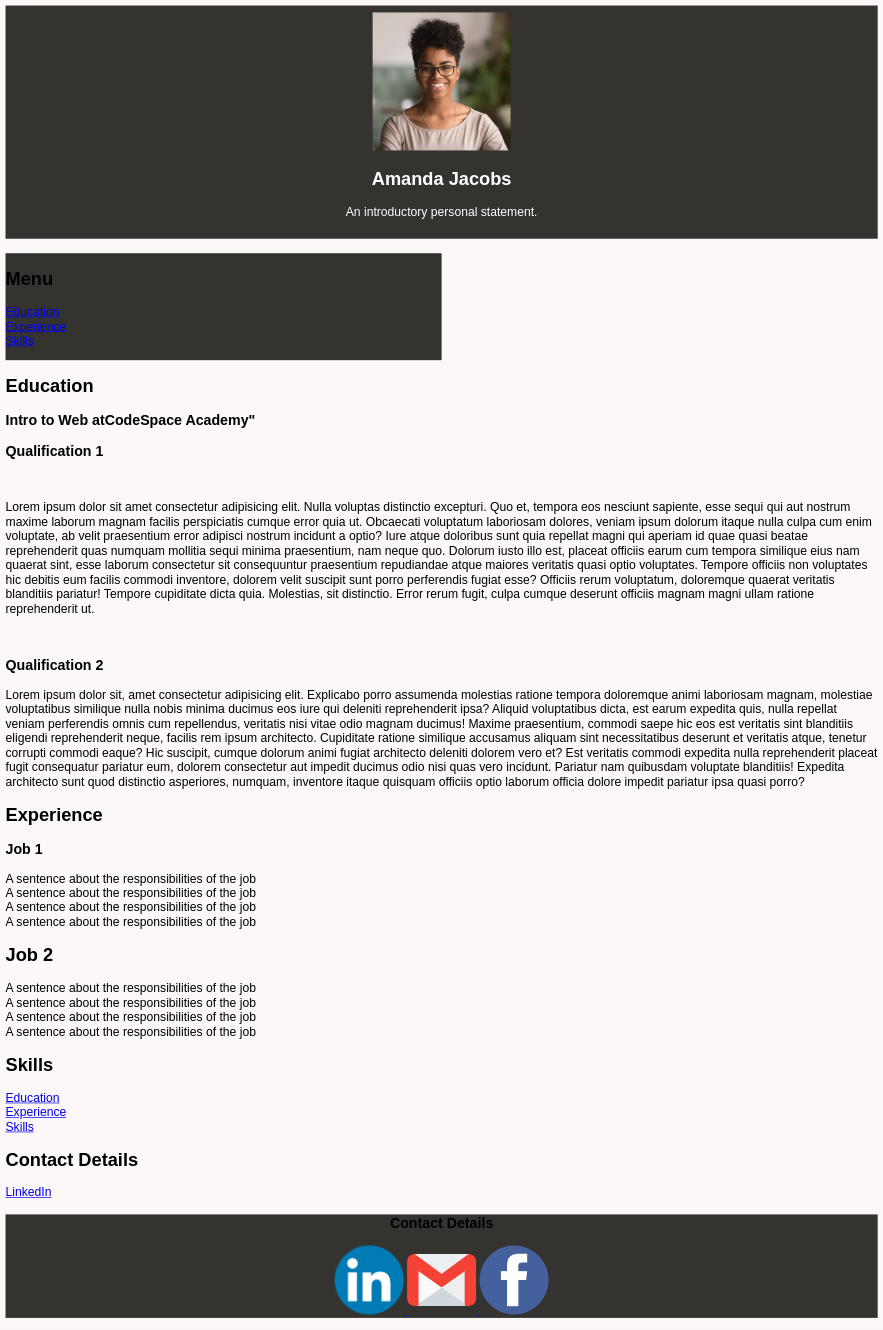
Repository: LeonardMhere/Resume-3
Page: resume `3/index.html
An editor plug-in stored every save of this project. The page is shown before and after the next save, followed by the edit.
The browser window is 1280 px wide. The pictures show the whole page, at 69% of full size.

Above is the page before, as saved 2023-03-23 09:38:01.

After the next save:
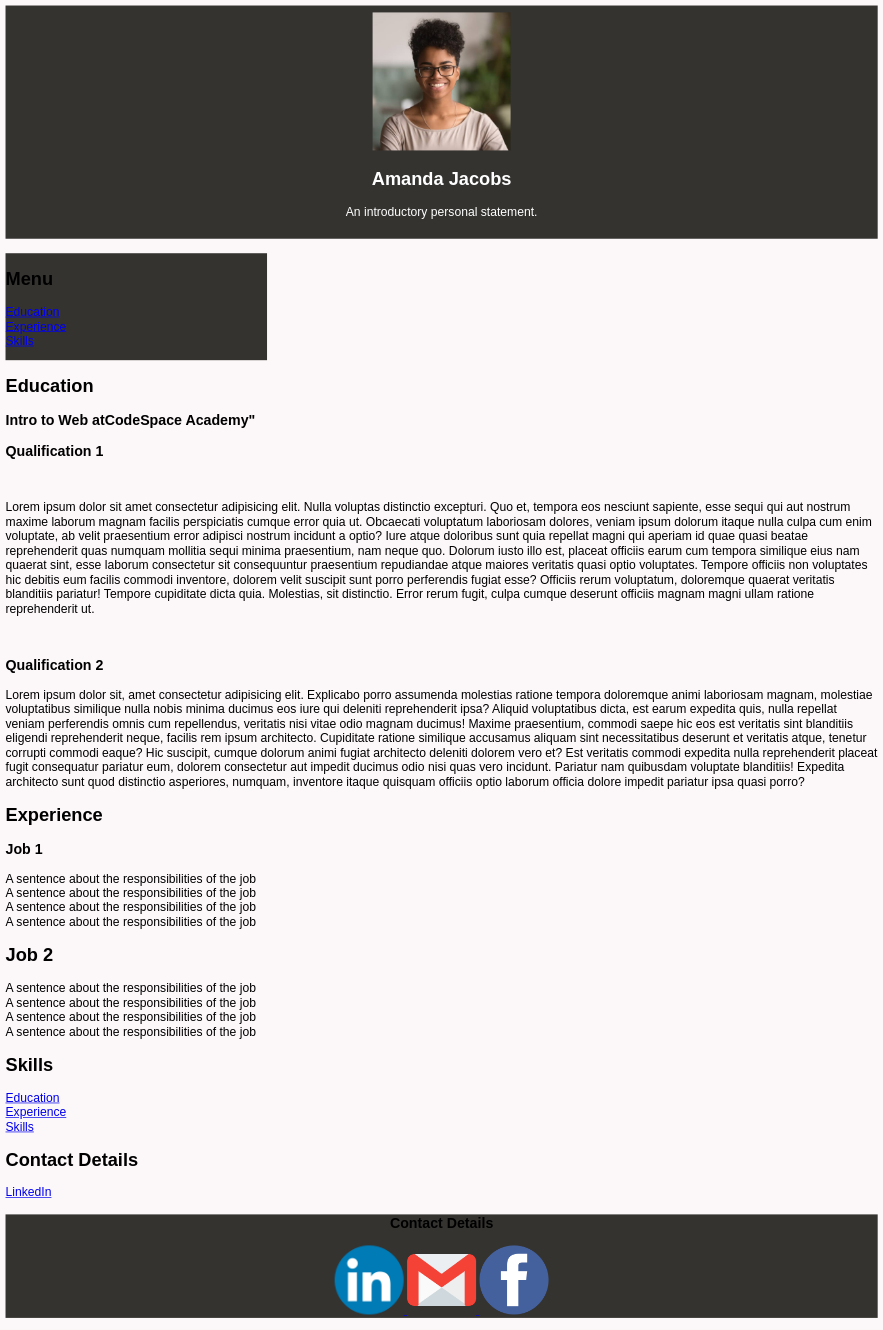
Saved 12 s later.
--- a/resume `3/css/stylesheet.css
+++ b/resume `3/css/stylesheet.css
@@ -21,7 +21,7 @@ header {
 
 .nav-menu{
     background-color:#343330;
-    width: 50%;
+    width: 30%;
     overflow: auto;
     background-color:
 }
